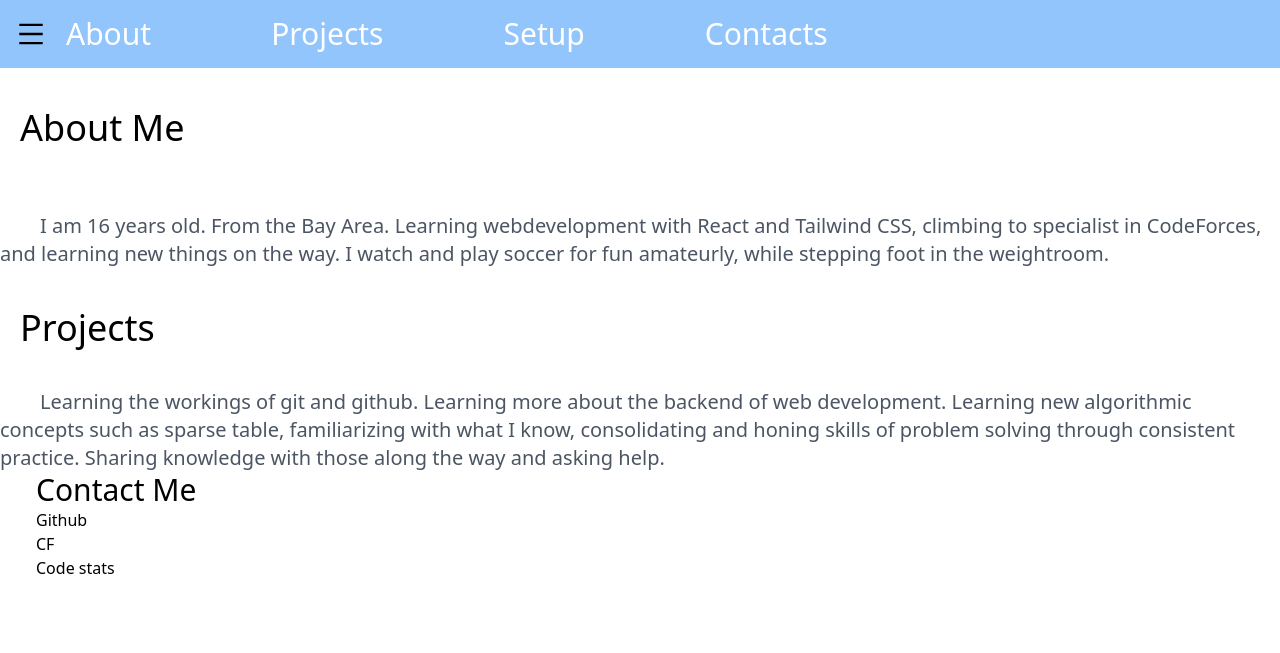
Repository: joshuayanggithub/joshua-yang-website
Page: /
These files come from the project's save history. The page is drawn as it stood at one moment and after the next save; the edit follows.
The browser window is 1280 px wide. The pictures show the whole page.
The project was rebuilt for these pictures with package versions that can differ from the ones it lists, and the page was loaded fresh each time.

Above is the page before, as saved 2023-01-07 16:48:30.

### public/index.html
<!DOCTYPE html>
<html lang="en">
  <head>
    <meta charset="utf-8" />
    <link rel="icon" href="%PUBLIC_URL%/favicon.ico" />
    <meta name="viewport" content="width=device-width, initial-scale=1" />
    <meta name="theme-color" content="#000000" />
    <meta
      name="description"
      content="Web site created using create-react-app"
    />
    <link rel="apple-touch-icon" href="%PUBLIC_URL%/logo192.png" />
    <!--
      manifest.json provides metadata used when your web app is installed on a
      user's mobile device or desktop. See https://developers.google.com/web/fundamentals/web-app-manifest/
    -->
    <link rel="manifest" href="%PUBLIC_URL%/manifest.json" />
    <!--
      Notice the use of %PUBLIC_URL% in the tags above.
      It will be replaced with the URL of the `public` folder during the build.
      Only files inside the `public` folder can be referenced from the HTML.

      Unlike "/favicon.ico" or "favicon.ico", "%PUBLIC_URL%/favicon.ico" will
      work correctly both with client-side routing and a non-root public URL.
      Learn how to configure a non-root public URL by running `npm run build`.
    -->
    <title>Joshua Yang</title>
  </head>
  <body>
    <noscript>You need to enable JavaScript to run this app.</noscript>
    <div id="root"></div>
    <!--
      This HTML file is a template.
      If you open it directly in the browser, you will see an empty page.

      You can add webfonts, meta tags, or analytics to this file.
      The build step will place the bundled scripts into the <body> tag.

      To begin the development, run `npm start` or `yarn start`.
      To create a production bundle, use `npm run build` or `yarn build`.
    -->
  </body>
</html>

### src/App.js
import NavBar from "./components/NavBar";
import About from "./components/About";
import Contacts from "./components/Contacts";
import Setup from "./components/Setup";
import Projects from "./components/Projects";

function App() {
  return (
    <>
      <NavBar />
      <About />
      <Projects />
      <Setup />
      <Contacts />
    </>
  );
}

export default App;

### src/components/NavBar.jsx
import React from "react";
import {AiOutlineMenu} from 'react-icons/ai'

const NavBar = () => {
  const links = [
    {'id': 1, 'name': 'About'},
    {'id': 2, 'name': 'Projects'},
    {'id': 3, 'name': 'Setup'},
    {'id': 4, 'name': 'Contacts'}
  ]

  return (
    <div class="flex bg-blue-300 w-full p-4 items-center">
      <div>
        <AiOutlineMenu size={30}></AiOutlineMenu>
      </div>

      <ul class="md:flex gap-20">
        {
          links.map((links) =>
            <li>
              <a href='#About' class="text-3xl text-white px-5">{links.name}</a>
            </li>
          )
        }
      </ul>

    </div>
  );
};

export default NavBar;

### src/components/About.jsx
import React from 'react'

const About = () => {
  return (
    <div class="flex flex-col">
      <h1 class="text-black text-4xl float-left px-5 my-10">About Me</h1>
      <br></br>
      <p class="indent-10 text-gray-600 text-xl">I am 16 years old. From the Bay Area. Learning webdevelopment with React and Tailwind CSS, climbing to specialist in CodeForces, and learning new things on the way. I watch and play soccer for fun amateurly, while stepping foot in the weightroom. </p>
    </div>
  );
}

export default About

### src/components/Contacts.jsx
import React from 'react'

const Contacts = () => {
  return (
    <div class="flex flex-col mx-5 px-4">
      <h1 class="text-3xl">Contact Me</h1>
      <a href="https://github.com/joshuayanggithub">Github</a>
      <a href="https://codeforces.com/profile/JoshuaYang">CF</a>
      <a href="https://wakatime.com/@joshuayang">Code stats</a>
    </div>
  );
}

export default Contacts

### src/components/Setup.jsx
import React from 'react'

const Setup = () => {
  return (
    <div>

    </div>
  );
}

export default Setup

### src/components/Projects.jsx
import React from 'react'

const Projects = () => {
  return (
    <div class="flex flex-col">
      <h1 class="text-black text-4xl float-left px-5 my-10">Projects</h1>
      <p class="indent-10 text-gray-600 text-xl">
        Learning the workings of git and github. Learning more about the backend of web development. Learning new algorithmic concepts such as sparse table, familiarizing with what I know,  consolidating and honing skills of problem solving through consistent practice. Sharing knowledge with those along the way and asking help.
      </p>
    </div>
  );
}

export default Projects

### tailwind.config.js
/** @type {import('tailwindcss').Config} */
module.exports = {
  content: [
    "./src/components/*.{html,js,jsx}",
    "./src/**/*.{html,js,jsx}",
  ],
  theme: {
    screens: {
      'sm': '640px',
      // => @media (min-width: 640px) { ... }

      'md': '768px',
      // => @media (min-width: 768px) { ... }

      'lg': '1024px',
      // => @media (min-width: 1024px) { ... }

      'xl': '1280px',
      // => @media (min-width: 1280px) { ... }

      '2xl': '1536px',
      // => @media (min-width: 1536px) { ... }
    },
    extend: {},
  },
  plugins: [],
}

Loaded but not shown: src/index.js (common file); src/index.css (common file)

After the next save:
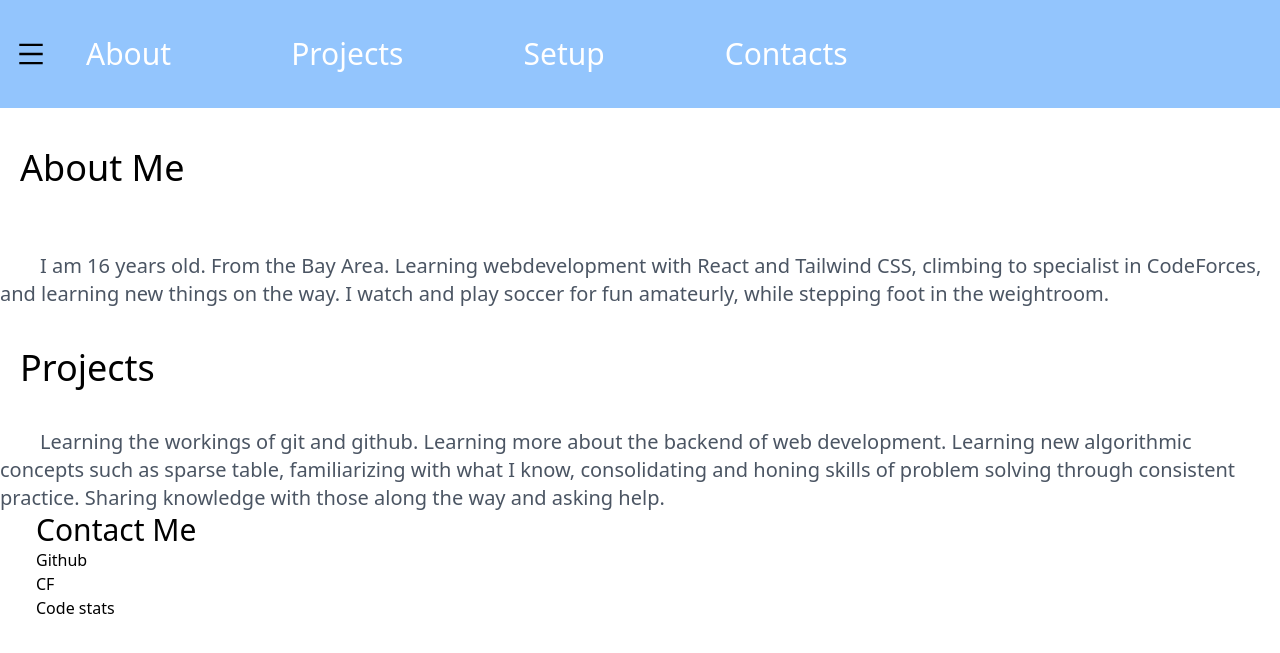
Saved 15 s later.
--- a/src/components/NavBar.jsx
+++ b/src/components/NavBar.jsx
@@ -15,7 +15,7 @@ const NavBar = () => {
         <AiOutlineMenu size={30}></AiOutlineMenu>
       </div>
 
-      <ul class="md:flex gap-20">
+      <ul class="md:flex gap-20 p-5">
         {
           links.map((links) =>
             <li>
